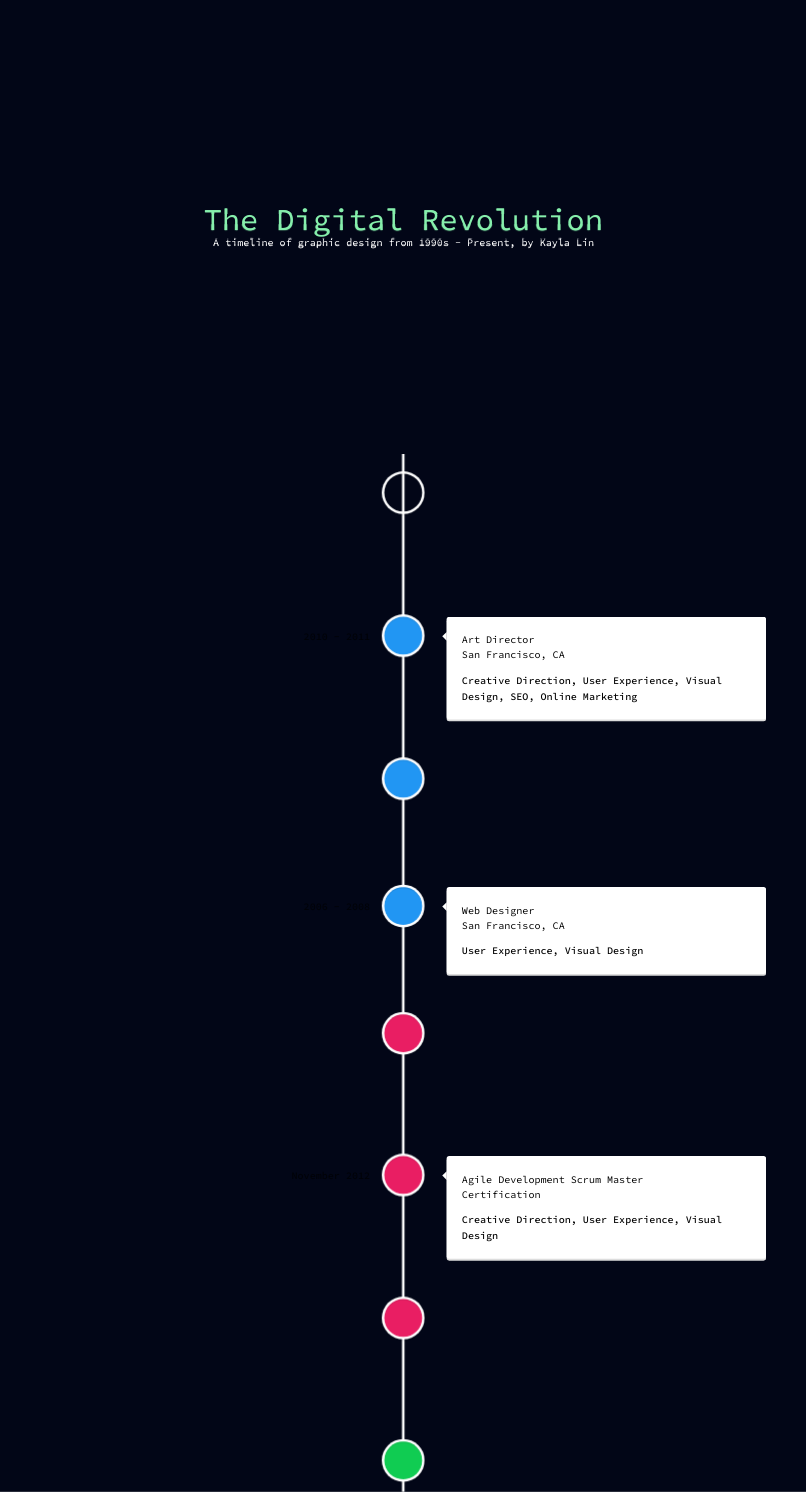
Repository: kayla-lin/graphic-design-timeline
Page: /
An editor plug-in stored every save of this project. The page is shown before and after a run of saves, followed by the edit.
The browser window is 1280 px wide. The pictures show the whole page, at 63% of full size.
The project was rebuilt for these pictures with package versions that can differ from the ones it lists, and the page was loaded fresh each time. The framework's server and built-in components were replaced by stand-ins that run in the browser. Also part of the build but not shown: next.config.js.

Above is the page before, as saved 2023-05-01 19:11:06.

After the next 2 saves:
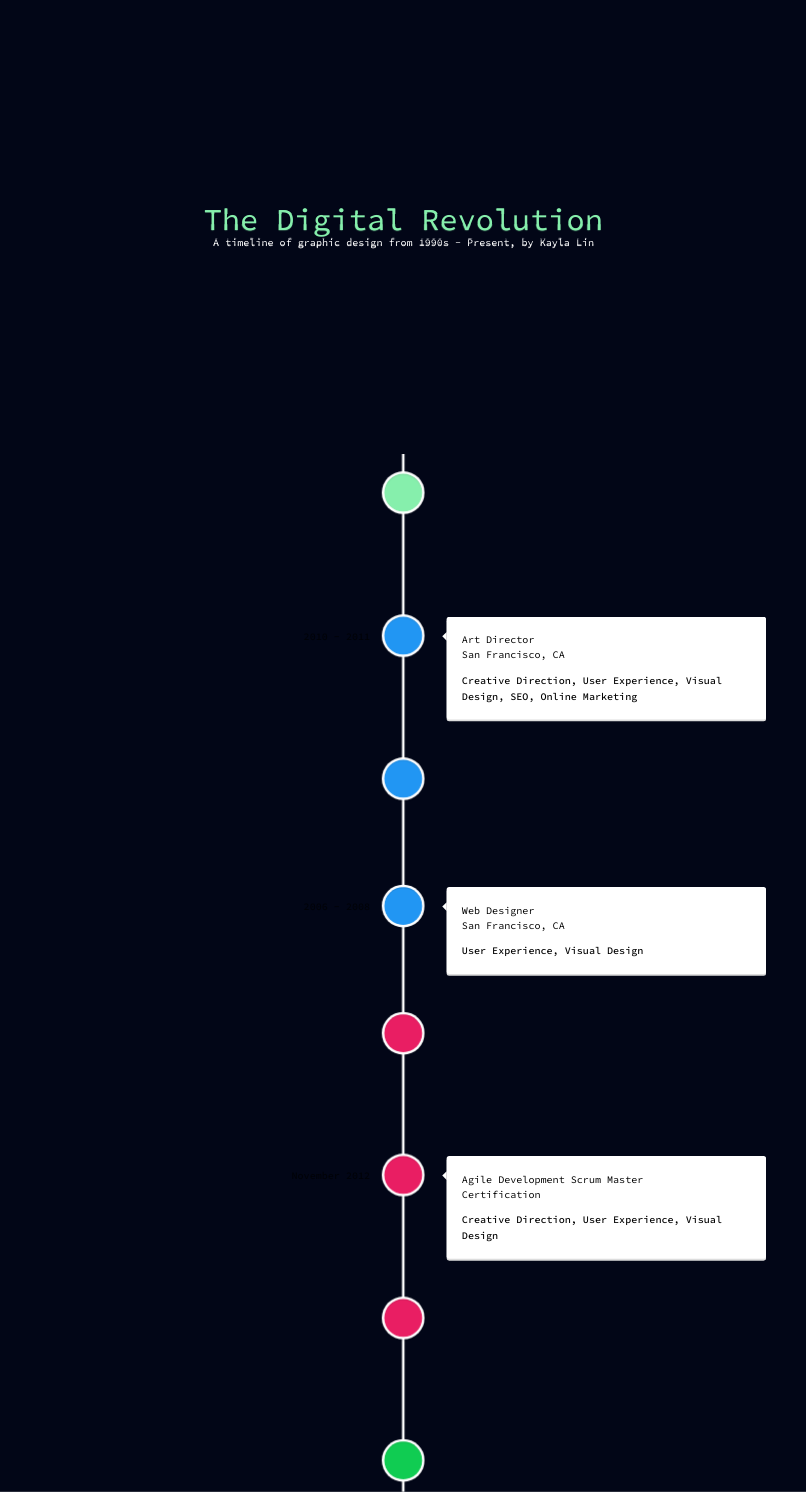
The 2 saves are shown as one change because they came seconds apart.
The last was saved 7 s later.
--- a/pages/index.tsx
+++ b/pages/index.tsx
@@ -18,7 +18,7 @@
           className="vertical-timeline-element--work"
           date="2011 - present"
           iconStyle={{
-            background: "rgb(134 239 172 / var(--tw-text-opacity));",
+            background: "rgb(134 239 172)",
             color: "#fff",
           }}
         >
